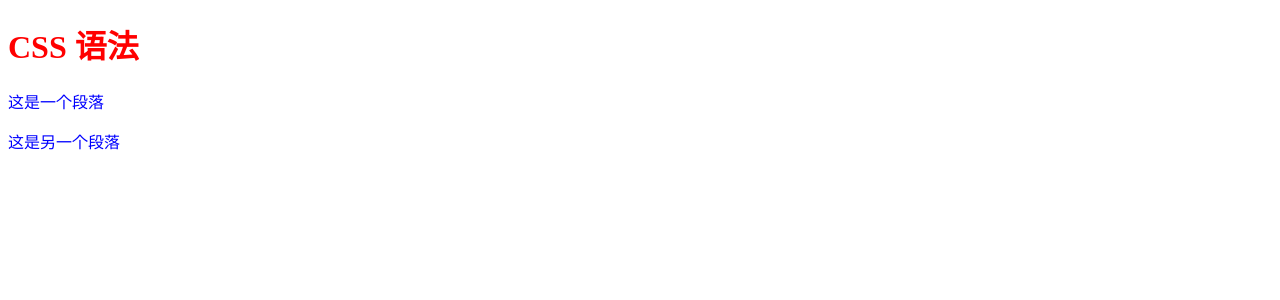
Repository: nanfengovo/CSS
Page: index_2.html
These files come from the project's save history. The page is drawn as it stood at one moment and after the next save; the edit follows.
The browser window is 1280 px wide. The pictures show the whole page.

Above is the page before, as saved 2024-12-31 22:09:07.

After the next save:
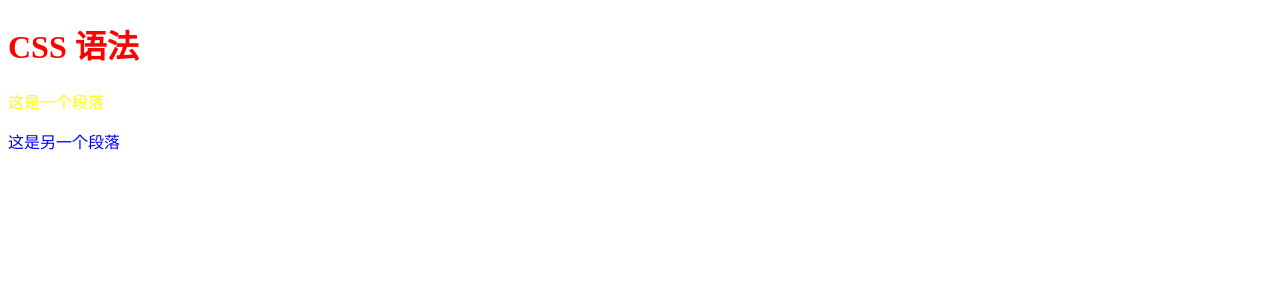
Saved 12 s later.
--- a/index_2.html
+++ b/index_2.html
@@ -11,7 +11,7 @@
         p {
             color: blue;
         }
-        #my-header p{
+        #my_header p{
             color: yellow;
         }
     </style>
